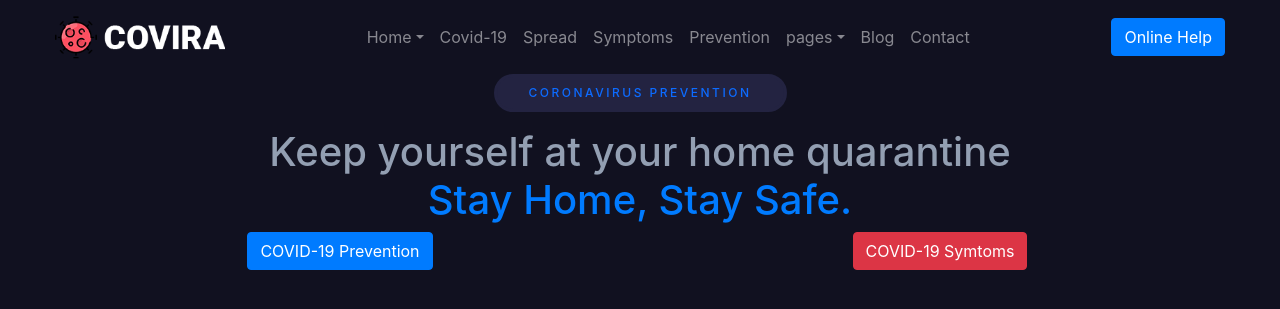
Repository: sitikhusushan/corona_updates
Page: index.html
The author's editor kept a copy of each file at every save. The page is drawn from the files as they stood at one save, then again after the next save.
The browser window is 1280 px wide. The pictures show the whole page.

Above is the page before, as saved 2020-06-04 21:24:06.

After the next save:
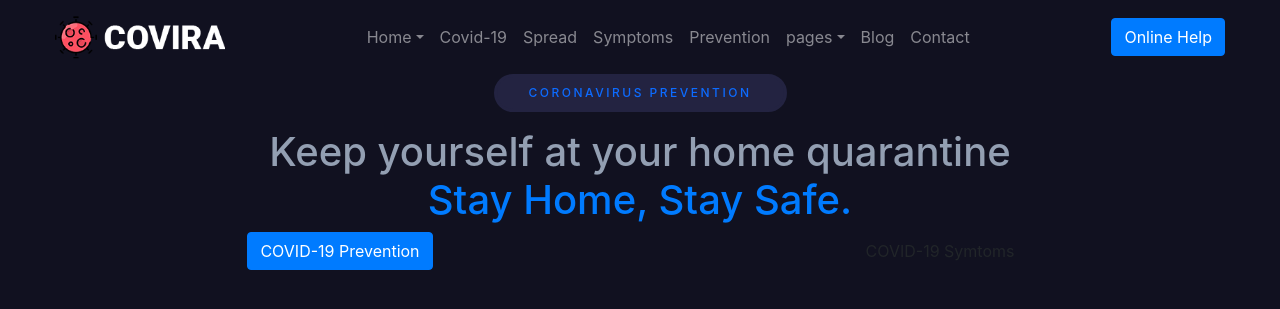
Saved 64 s later.
--- a/index.html
+++ b/index.html
@@ -148,7 +148,7 @@
               </button>
             </div>
             <div class="col-md">
-              <button class="btn btn-danger" type="button">
+              <button class="btn btn-pink" type="button">
                 COVID-19 Symtoms
               </button>
             </div>

After the save that followed:
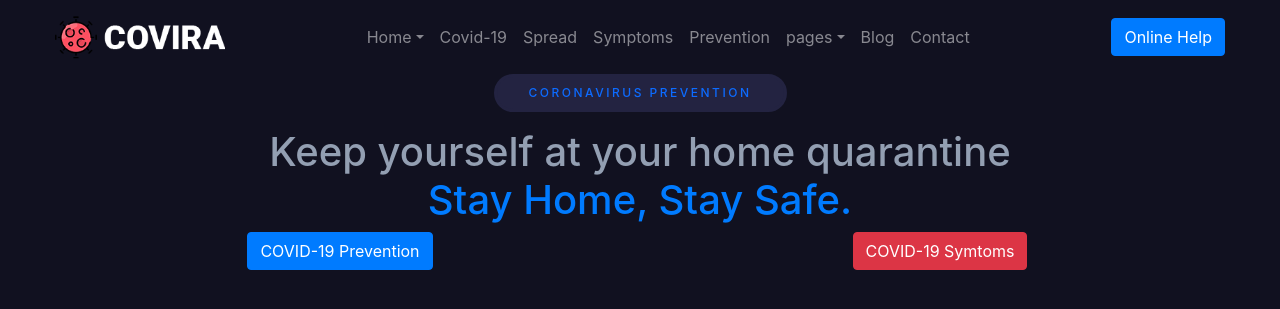
Saved 28 s later.
--- a/index.html
+++ b/index.html
@@ -148,7 +148,7 @@
               </button>
             </div>
             <div class="col-md">
-              <button class="btn btn-pink" type="button">
+              <button class="btn btn-danger" type="button">
                 COVID-19 Symtoms
               </button>
             </div>
